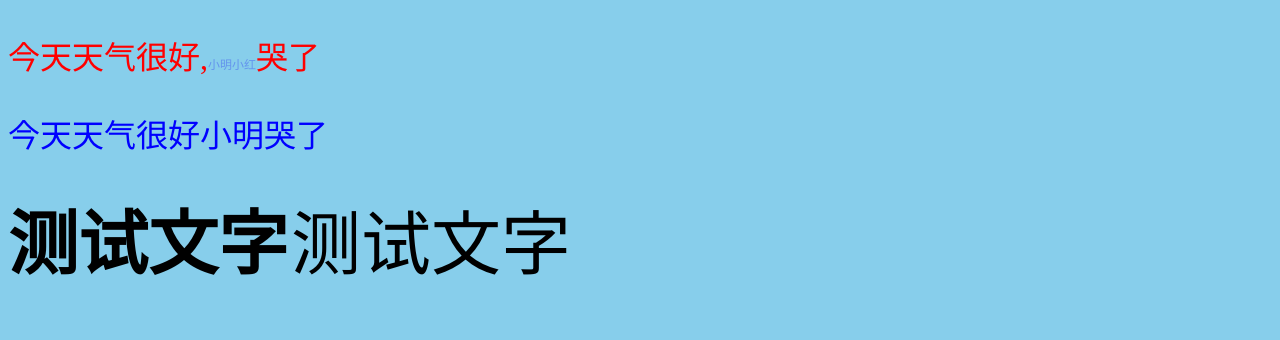
Repository: WKYQAQ/LX
Page: day03_css.html
These files come from the project's save history. The page is drawn as it stood at one moment and after the next save; the edit follows.
The browser window is 1280 px wide. The pictures show the whole page.

Above is the page before, as saved 2020-07-23 12:14:28.

### day03_css.html
<!DOCTYPE html>
<html lang="en">
<head>
    <meta charset="UTF-8">
    <meta name="viewport" content="width=device-width, initial-scale=1.0">
    <title>Document</title>
    <link rel="stylesheet" href="./style/index.css">
    <style>
        *{
            font-size: 12px;
        }
        p{
            color: red;
        }
        #blue{
            color: blue;
        }
        .f{
            font-family:"华文行楷";
        }
        .blue{
            color: blue;
        }
        p span{
            color: cornflowerblue;
        }
        .f~*{
            font-size: 70px;
        }
    </style>
</head>
<body>
    <p style="font-size: 32px;" class="f">今天天气很好,<span>小明<span>小红</span></span>哭了</p><!--对于颜色来说行内的优先级最高-->
    <p style="font-size: 32px;" id="blue">今天天气很好小明哭了</p><!--id选择器，是特定的东西有特定的颜色，方式：#+id名称,不可重复使用-->
    <b class="f">测试文字</b><!--class可以重复使用-->
    <span class="f">测试文字</span>
</body>
</html>

### style/index.css
body{
    background: skyblue;
}
p{
    color: green;
}

After the next save:
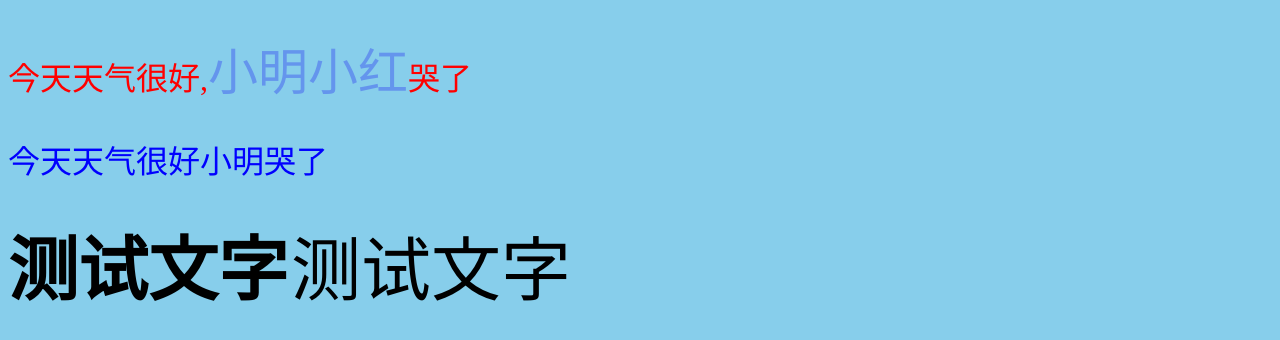
Saved 40 s later.
--- a/day03_css.html
+++ b/day03_css.html
@@ -27,6 +27,9 @@
         .f~*{
             font-size: 70px;
         }
+        p,b,span{
+            font-size: 50px;
+        }
     </style>
 </head>
 <body>
